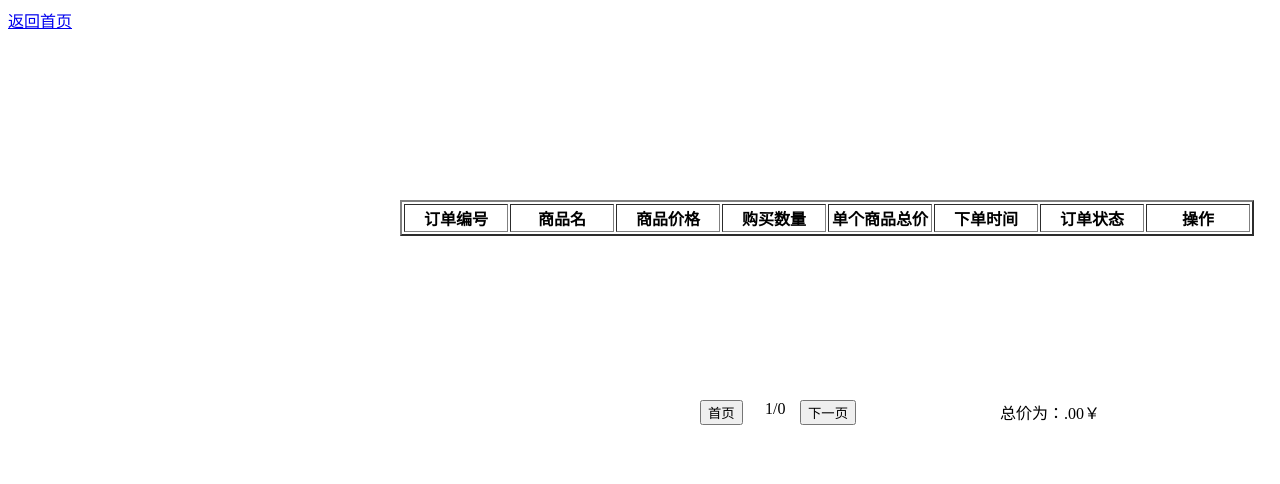
Repository: Gale-student/Gale-student.github.io
Page: http://localhost/weshop/OrdersDetailUnpaidQueryServlet
The author's editor kept a copy of each file at every save. The page is drawn from the files as they stood at one save, then again after the next save.
The browser window is 1280 px wide. The pictures show the whole page.
The page is served by Tomcat 9. Other server files are loaded and not shown. Queries for data that is not in the repository find no rows.

Above is the page before, as saved 2022-10-05 13:12:56.

### WeShop/weshop/WebRoot/WEB-INF/jsp/OrdersUnpaidQueryOfUser.jsp
<%@ page language="java" import="java.util.*,com.company.entity.*" pageEncoding="utf-8"%>
<%
String path = request.getContextPath();
String basePath = request.getScheme()+"://"+request.getServerName()+":"+request.getServerPort()+path+"/";
%>

<!DOCTYPE HTML PUBLIC "-//W3C//DTD HTML 4.01 Transitional//EN">
<html>
  <head>
    <base href="<%=basePath%>">

    <title>My JSP 'OrdersUnpaidQueryOfUser.jsp' starting page</title>

	<meta http-equiv="pragma" content="no-cache">
	<meta http-equiv="cache-control" content="no-cache">
	<meta http-equiv="expires" content="0">
	<meta http-equiv="keywords" content="keyword1,keyword2,keyword3">
	<meta http-equiv="description" content="This is my page">
	<!--
	<link rel="stylesheet" type="text/css" href="styles.css">
	-->
  <%
      List<OrdersDetail> ordersDetailList = (List<OrdersDetail>)request.getAttribute("ordersDetailList");

      int currentPage = (Integer) session.getAttribute("currentPage");
      int allPage = (Integer) session.getAttribute("allPage");

      String upPage = "上一页";
      String downPage = "下一页";
      if(currentPage == 1){
         upPage = "首页";
      }
      if(currentPage == allPage){
         downPage = "尾页";
      }

      String totalPrice = (String) request.getAttribute("totalPrice");
      if(totalPrice == null){
         totalPrice = "";
      }
   %>
    <style type="text/css">
     th{
        width: 100px;
     }
     td{
        width: 100px;
     }
   </style>
  </head>

  <body>
   <a href="ShoppingHomePage.jsp">返回首页</a>
    <table style="position: absolute; left: 400px; top: 200px; text-align: center;" border="2" cellspacing="2">
       <tr>
          <th>订单编号</th>
          <th>商品名</th>
          <th>商品价格</th>
          <th>购买数量</th>
          <th>单个商品总价</th>
          <th>下单时间</th>
          <th>订单状态</th>
          <th>操作</th>
       </tr>
       <%for(int i = 0; i < ordersDetailList.size(); i ++){ %>
       <tr>
          <td><%=ordersDetailList.get(i).getOid() %></td>
          <td><%=ordersDetailList.get(i).getSname() %></td>
          <td><%=ordersDetailList.get(i).getSprice() %>.00￥</td>
          <td><%=ordersDetailList.get(i).getQuantity() %>.0</td>
          <td><%=ordersDetailList.get(i).getShopPrice() %>.00￥</td>
          <td><%=ordersDetailList.get(i).getDate() %></td>
          <td><%=ordersDetailList.get(i).getStatus() %></td>
          <td>
             <form action="OrdersCancelOfUserServlet" method="post">
                <input style="position: absolute; visibility: hidden;" type="text" value=<%=ordersDetailList.get(i).getOid() %> name="oid">
                <input type="submit" value="取消订单">
             </form>
          </td>
       </tr>
       <%} %>
    </table>
    <div style="position: absolute; left: 700px; top: 400px;">
    <form action="OrdersDetailUnpaidUpPageServlet" method="post">
       <input type="submit" value=<%=upPage %>>
    </form>
    <label style="position: absolute; top: 0px; left: 65px;"><%=currentPage + "/" + allPage %></label>
    <form style="position: absolute; top: 0px; left: 100px;" action="OrdersDetailUnpaidDownPageServlet" method="post">
       <input type="submit" value=<%=downPage %>>
    </form>

    </div>
    <label style="position: absolute; left: 1000px; top: 400px;">总价为：<%=totalPrice %>.00￥</label>
  </body>
</html>

### WeShop/weshop/src/com/company/controller/OrdersDetailUnpaidQueryServlet.java
package com.company.controller;

import java.io.IOException;
import java.io.PrintWriter;
import java.util.List;

import javax.servlet.ServletException;
import javax.servlet.http.HttpServlet;
import javax.servlet.http.HttpServletRequest;
import javax.servlet.http.HttpServletResponse;
import javax.servlet.http.HttpSession;

import com.company.entity.OrdersDetail;
import com.company.service.OrdersService;
import com.company.service.OrdersServiceImpl;

public class OrdersDetailUnpaidQueryServlet extends HttpServlet {

	/**
	 * The doGet method of the servlet. <br>
	 *
	 * This method is called when a form has its tag value method equals to get.
	 *
	 * @param request the request send by the client to the server
	 * @param response the response send by the server to the client
	 * @throws ServletException if an error occurred
	 * @throws IOException if an error occurred
	 */
	public void doGet(HttpServletRequest request, HttpServletResponse response)
			throws ServletException, IOException {

		doPost(request, response);
	}

	/**
	 * The doPost method of the servlet. <br>
	 *
	 * This method is called when a form has its tag value method equals to post.
	 *
	 * @param request the request send by the client to the server
	 * @param response the response send by the server to the client
	 * @throws ServletException if an error occurred
	 * @throws IOException if an error occurred
	 */
	public void doPost(HttpServletRequest request, HttpServletResponse response)
			throws ServletException, IOException {

		HttpSession hs = request.getSession();
		String uid = (String)hs.getAttribute("uid");
		OrdersService ordersService = new OrdersServiceImpl();
		try {
			List<OrdersDetail> ordersDetailList = ordersService.queryOrdersDetailUnpaid(uid, 0);
			int allRows = ordersService.OrdersDetailUnpaidAllRows(uid);
			int allPage = allRows / 3;
			if(allRows % 3 != 0){
				allPage ++;
			}
			String totalPrice = ordersService.queryTotalPriceOfUserUnpaidOrders(uid);
			request.setAttribute("totalPrice", totalPrice);
			hs.setAttribute("allPage", allPage);
			hs.setAttribute("currentPage", 1);
			request.setAttribute("ordersDetailList", ordersDetailList);
			request.getRequestDispatcher("WEB-INF/jsp/OrdersUnpaidQueryOfUser.jsp").forward(request, response);
		} catch (Exception e) {
			// TODO Auto-generated catch block
			e.printStackTrace();
		}

	}

}

### WeShop/weshop/src/com/company/service/OrdersServiceImpl.java
package com.company.service;

import java.util.List;

import com.company.dao.OrdersDao;
import com.company.dao.OrdersDaoImpl;
import com.company.entity.Orders;
import com.company.entity.OrdersDetail;

public class OrdersServiceImpl implements OrdersService {
	private OrdersDao ordersDao = new OrdersDaoImpl();

    //获取订单表总行数
	public int OrdersAllRows() throws Exception {
		int ordersAllRows = ordersDao.OrdersAllRows();
		return ordersAllRows;
	}

    //添加订单(购买 下单 默认未支付状态)
	public void addOrders(String uid, String sid, String quantity)
			throws Exception {
		ordersDao.insertOrders(uid, sid, quantity);
	}

    //取消订单
	public void cancelOrders(String oid) throws Exception {
		ordersDao.deleteOrders(oid);
	}

    //订单表分页
	public List<Orders> ordersPagingQuery(int page) throws Exception {
		List<Orders> ordersList = ordersDao.ordersPaging(page * 3, 3);
		return ordersList;
	}

    //根据订单编号查订单
	public List<Orders> queryOrdersByOid(String oid) throws Exception {
		List<Orders> ordersList = ordersDao.selectOrdersByOid(oid);
		return ordersList;
	}

    //查看未支付订单
	public List<Orders> queryOrdersByStatusUnpaid() throws Exception {
		List<Orders> ordersList = ordersDao.selectOrdersByStatusUnpaid();
		return ordersList;
	}

	//通过用户ID查订单
	public List<Orders> queryOrdersByUid(String uid) throws Exception {
		List<Orders> ordersList = ordersDao.selectOrdersByUid(uid);
		return ordersList;
	}

	//修改商品数量
	public void modifyQuantity(String sid, String quantity) throws Exception {
		ordersDao.updateQuantity(sid, quantity);
	}

	//查找所有订单
	public List<Orders> queryAllOrders() throws Exception {
		List<Orders> ordersList = ordersDao.selectAllOrders();
		return ordersList;
	}

	//查看用户所有订单详情
	public List<OrdersDetail> selectOrdersDetail(String uid, int page) throws Exception {
		List<OrdersDetail> ordersDetailList = ordersDao.selectOrdersDetail(uid, page * 3, 3);
		return ordersDetailList;
	}

	//获取用户订单表总行数
	public int OrdersDetailAllRows(String uid) throws Exception {
		int ordersDetailAllRows = ordersDao.OrdersDetailAllRows(uid);
		return ordersDetailAllRows;
	}

	//获取用户未支付订单总行数
	public int OrdersDetailUnpaidAllRows(String uid) throws Exception {
		int ordersDetailUnpaidAllRows = ordersDao.OrdersDetailUnpaidAllRows(uid);
		return ordersDetailUnpaidAllRows;
	}

	//查看用户未支付订单详情
	public List<OrdersDetail> queryOrdersDetailUnpaid(String uid, int page) throws Exception {
		List<OrdersDetail> ordersDetaiUnpaidlList = ordersDao.selectOrdersDetailUnpaid(uid, page * 3, 3);
		return ordersDetaiUnpaidlList;
	}

	//
	public String queryTotalPriceOfUserUnpaidOrders(String uid)
			throws Exception {
		String totalPrice = ordersDao.selectTotalPriceOfUserUnpaidOrders(uid);
		return totalPrice;
	}


}

### WeShop/weshop/src/com/company/dao/OrdersDao.java
package com.company.dao;

import java.util.List;

import com.company.entity.Orders;
import com.company.entity.OrdersDetail;

public interface OrdersDao {
	//删除订单(取消订单)
	public void deleteOrders(String oid) throws Exception;
	//订单表分页
	public List<Orders> ordersPaging(int offset, int count) throws Exception;
	//获取订单表总行数
	public int OrdersAllRows() throws Exception;
	//根据订单号查找订单
	public List<Orders> selectOrdersByOid(String oid) throws Exception;
	//查看未支付订单
	public List<Orders> selectOrdersByStatusUnpaid() throws Exception;
	//用户下单(添加订单)
	public void insertOrders(String uid, String sid, String quantity) throws Exception;
	//根据用户ID查订单
	public List<Orders> selectOrdersByUid(String uid) throws Exception;
	//更新订单中商品数量
	public void updateQuantity(String sid, String quantity) throws Exception;
	//查寻所有订单
	public List<Orders> selectAllOrders() throws Exception;
	//订单详情表分页(用户)
	public List<OrdersDetail> selectOrdersDetail(String uid, int offset, int count) throws Exception;
	//获取用户订单表总行数
	public int OrdersDetailAllRows(String uid) throws Exception;
	//用户未支付订单分页查询
	public List<OrdersDetail> selectOrdersDetailUnpaid(String uid, int offset, int count) throws Exception;
	//获取用户未支付订单表总行数
	public int OrdersDetailUnpaidAllRows(String uid) throws Exception;
	//获取所有未支付订单的总价
	public String selectTotalPriceOfUserUnpaidOrders(String uid) throws Exception;
}

### WeShop/weshop/src/com/company/dao/OrdersDaoImpl.java
package com.company.dao;

import java.sql.Connection;
import java.sql.Date;
import java.sql.DriverManager;
import java.sql.PreparedStatement;
import java.sql.ResultSet;
import java.text.DateFormat;
import java.util.ArrayList;
import java.util.List;

import com.company.entity.Orders;
import com.company.entity.OrdersDetail;
import com.company.entity.User;

public class OrdersDaoImpl implements OrdersDao {
	private String url = "jdbc:mysql://localhost:3306/test?characterEncoding=utf-8";
    private String username = "root";
    private String password = "root";

    //获取订单表总行数(管理员)
	public int OrdersAllRows() throws Exception {
		Class.forName("com.mysql.jdbc.Driver");
		Connection conn = DriverManager.getConnection(url, username, password);
		String sql = " select count(*) as rows from orders ";
		PreparedStatement ps = conn.prepareStatement(sql);
		ResultSet rs = ps.executeQuery();
		rs.next();
		int rows = rs.getInt("rows");
		return rows;
	}

    //删除订单(管理员)
	public void deleteOrders(String oid) throws Exception {
		Class.forName("com.mysql.jdbc.Driver");
		Connection conn = DriverManager.getConnection(url, username, password);
		String sql = " delete from orders where oid = ? ";
		PreparedStatement ps = conn.prepareStatement(sql);
		ps.setString(1, oid);
		ps.execute();
		conn.close();

	}

    //订单表分页(管理员)
	public List<Orders> ordersPaging(int offset, int count) throws Exception {
		Class.forName("com.mysql.jdbc.Driver");
		Connection conn = DriverManager.getConnection(url, username, password);
		String sql = " select * from orders limit ?, ? ";
		PreparedStatement ps = conn.prepareStatement(sql);
		ps.setInt(1, offset);
		ps.setInt(2, count);
		ResultSet rs = ps.executeQuery();
		List<Orders> ordersList = new ArrayList<Orders>();
		while(rs.next()){
			String oid = rs.getString("oid");
			String uid = rs.getString("uid");
			String sid = rs.getString("sid");
			String quantity = rs.getString("quantity");
			String date = rs.getString("date");
			String status = rs.getString("status");
			Orders orders = new Orders();
			orders.setOid(oid);
			orders.setUid(uid);
			orders.setSid(sid);
			orders.setQuantity(quantity);
			orders.setDate(date);
			orders.setStatus(status);
            ordersList.add(orders);
		}
		return ordersList;
	}

    //根据订单号查找订单(管理员)
	public List<Orders> selectOrdersByOid(String oid) throws Exception {
		Class.forName("com.mysql.jdbc.Driver");
		Connection conn = DriverManager.getConnection(url, username, password);
		String sql = " select * from orders where oid = ? ";
		PreparedStatement ps = conn.prepareStatement(sql);
		ps.setString(1, oid);
		ResultSet rs = ps.executeQuery();
		List<Orders> ordersList = new ArrayList<Orders>();
		while(rs.next()){
			String uid = rs.getString("uid");
			String sid = rs.getString("sid");
			String quantity = rs.getString("quantity");
			String date = rs.getString("date");
			String status = rs.getString("status");
			Orders orders = new Orders();
			orders.setOid(oid);
			orders.setUid(uid);
			orders.setSid(sid);
			orders.setQuantity(quantity);
			orders.setDate(date);
			orders.setStatus(status);
			ordersList.add(orders);
		}
		return ordersList;
	}

    //查看未支付订单(管理员)
	public List<Orders> selectOrdersByStatusUnpaid() throws Exception {
		Class.forName("com.mysql.jdbc.Driver");
		Connection conn = DriverManager.getConnection(url, username, password);
		String sql = " select * from orders where status = '0' ";
		PreparedStatement ps = conn.prepareStatement(sql);
		ResultSet rs = ps.executeQuery();
		List<Orders> ordersList = new ArrayList<Orders>();
		while(rs.next()){
			String oid = rs.getString("oid");
			String uid = rs.getString("uid");
			String sid = rs.getString("sid");
			String quantity = rs.getString("quantity");
			String date = rs.getString("date");
			String status = rs.getString("status");
			Orders orders = new Orders();
			orders.setOid(oid);
			orders.setUid(uid);
			orders.setSid(sid);
			orders.setQuantity(quantity);
			orders.setDate(date);
			orders.setStatus(status);
			ordersList.add(orders);
		}
		return ordersList;
	}

	//添加订单(用户购买)
	public void insertOrders(String uid, String sid, String quantity) throws Exception {
		Class.forName("com.mysql.jdbc.Driver");
		Connection conn = DriverManager.getConnection(url, username, password);

		System.currentTimeMillis();
		String oid = "" + System.currentTimeMillis();
		String sql = " insert into orders values ( ?, ?, ?, ?, now(), 0 ) ";
		PreparedStatement ps = conn.prepareStatement(sql);
		ps.setString(1, oid);
		ps.setString(2, uid);
		ps.setString(3, sid);
		ps.setString(4, quantity);
		ps.execute();
		conn.close();

	}

	//根据用户ID查询订单(管理员)
	public List<Orders> selectOrdersByUid(String uid) throws Exception {
		Class.forName("com.mysql.jdbc.Driver");
		Connection conn = DriverManager.getConnection(url, username, password);
		String sql = " select * from orders where uid = ? ";
		PreparedStatement ps = conn.prepareStatement(sql);
		ps.setString(1, uid);
		ResultSet rs = ps.executeQuery();
		List<Orders> ordersList = new ArrayList<Orders>();
		while(rs.next()){
			String oid = rs.getString("oid");
			String sid = rs.getString("sid");
			String quantity = rs.getString("quantity");
			String date = rs.getString("date");
			String status = rs.getString("status");
			Orders orders = new Orders();
			orders.setOid(oid);
			orders.setUid(uid);
			orders.setSid(sid);
			orders.setQuantity(quantity);
			orders.setDate(date);
			orders.setStatus(status);
			ordersList.add(orders);
		}
		return ordersList;
	}

	//更新订单中商品数量(用户 添加相同商品)
	public void updateQuantity(String sid, String quantity) throws Exception {
		Class.forName("com.mysql.jdbc.Driver");
		Connection conn = DriverManager.getConnection(url, username, password);
		String sql = " update orders set quantity = quantity + ? where sid = ? and status = 0 ";
		PreparedStatement ps = conn.prepareStatement(sql);
		ps.setString(1, quantity);
		ps.setString(2, sid);
		ps.execute();
		conn.close();
	}

	//查询所有订单(管理员)
	public List<Orders> selectAllOrders() throws Exception {
		Class.forName("com.mysql.jdbc.Driver");
		Connection conn = DriverManager.getConnection(url, username, password);
		String sql = " select * from orders ";
		PreparedStatement ps = conn.prepareStatement(sql);
		ResultSet rs = ps.executeQuery();
		List<Orders> ordersList = new ArrayList<Orders>();
		while(rs.next()){
			String oid = rs.getString("oid");
			String uid = rs.getString("uid");
			String sid = rs.getString("sid");
			String quantity = rs.getString("quantity");
			String date = rs.getString("date");
			String status = rs.getString("status");
			Orders orders = new Orders();
			orders.setOid(oid);
			orders.setUid(uid);
			orders.setSid(sid);
			orders.setQuantity(quantity);
			orders.setDate(date);
			orders.setStatus(status);
			ordersList.add(orders);
		}
		return ordersList;
	}

	//用户订单详情表分页
	public List<OrdersDetail> selectOrdersDetail(String uid, int offset, int count) throws Exception {
		Class.forName("com.mysql.jdbc.Driver");
		Connection conn = DriverManager.getConnection(url, username, password);
		String sql = " select o.oid, o.uid, s.sname, s.sprice, o.quantity,  " +
				"(o.quantity * s.sprice) as shopPrice, o.date, o.status from orders " +
				"o inner join shop s where s.sid = o.sid and o.uid = ? limit ?, ? ";
		PreparedStatement ps = conn.prepareStatement(sql);
		ps.setString(1, uid);
		ps.setInt(2, offset);
		ps.setInt(3, count);
		ResultSet rs = ps.executeQuery();
		List<OrdersDetail> ordersDetailList = new ArrayList<OrdersDetail>();
		while(rs.next()){
			String oid = rs.getString("oid");
			String sname = rs.getString("sname");
			String sprice = rs.getString("sprice");
			String quantity = rs.getString("quantity");
			String shopPrice = rs.getString("shopPrice");
			String date = rs.getString("date");
			String status = rs.getString("status");
			OrdersDetail ordersDetail = new OrdersDetail();
			ordersDetail.setOid(oid);
			ordersDetail.setUid(uid);
			ordersDetail.setSname(sname);
			ordersDetail.setSprice(sprice);
			ordersDetail.setQuantity(quantity);
			ordersDetail.setShopPrice(shopPrice);
			ordersDetail.setDate(date);
			ordersDetail.setStatus(status);
			ordersDetailList.add(ordersDetail);
		}
		return ordersDetailList;
	}

	//获取用户订单详情表总行数
	public int OrdersDetailAllRows(String uid) throws Exception {
		Class.forName("com.mysql.jdbc.Driver");
		Connection conn = DriverManager.getConnection(url, username, password);
		String sql = " select count(*) as rows from orders where uid = ? ";
		PreparedStatement ps = conn.prepareStatement(sql);
		ps.setString(1, uid);
		ResultSet rs = ps.executeQuery();
		rs.next();
		int rows = rs.getInt("rows");
		conn.close();
		return rows;
	}

	//获取用户未支付订单总行数
	public int OrdersDetailUnpaidAllRows(String uid) throws Exception {
		Class.forName("com.mysql.jdbc.Driver");
		Connection conn = DriverManager.getConnection(url, username, password);
		String sql = " select count(*) as rows from orders where uid = ? and status = 0 ";
		PreparedStatement ps = conn.prepareStatement(sql);
		ps.setString(1, uid);
		ResultSet rs = ps.executeQuery();
		rs.next();
		int rows = rs.getInt("rows");
		conn.close();
		return rows;
	}

	//查询用户未支付订单
	public List<OrdersDetail> selectOrdersDetailUnpaid(String uid, int offset,
			int count) throws Exception {
		Class.forName("com.mysql.jdbc.Driver");
		Connection conn = DriverManager.getConnection(url, username, password);
		String sql = " select o.oid, o.uid, s.sname, s.sprice, o.quantity,  " +
				"(o.quantity * s.sprice) as shopPrice, o.date, o.status from orders " +
				"o inner join shop s where s.sid = o.sid and o.uid = ? and o.status = 0 limit ?, ? ";
		PreparedStatement ps = conn.prepareStatement(sql);
		ps.setString(1, uid);
		ps.setInt(2, offset);
		ps.setInt(3, count);
		ResultSet rs = ps.executeQuery();
		List<OrdersDetail> ordersDetailList = new ArrayList<OrdersDetail>();
		while(rs.next()){
			String oid = rs.getString("oid");
			String sname = rs.getString("sname");
			String sprice = rs.getString("sprice");
			String quantity = rs.getString("quantity");
			String shopPrice = rs.getString("shopPrice");
			String date = rs.getString("date");
			String status = rs.getString("status");
			OrdersDetail ordersDetail = new OrdersDetail();
			ordersDetail.setOid(oid);
			ordersDetail.setUid(uid);
			ordersDetail.setSname(sname);
			ordersDetail.setSprice(sprice);
			ordersDetail.setQuantity(quantity);
			ordersDetail.setShopPrice(shopPrice);
			ordersDetail.setDate(date);
			ordersDetail.setStatus(status);
			ordersDetailList.add(ordersDetail);
		}
		return ordersDetailList;
	}

	//获取用户未支付订单的总价
	public String selectTotalPriceOfUserUnpaidOrders(String uid)
			throws Exception {
		Class.forName("com.mysql.jdbc.Driver");
		Connection conn = DriverManager.getConnection(url, username, password);
		String sql = " select sum(o.quantity * s.sprice) as totalPrice from orders o inner join shop s where uid = ? and status = 0 ";
		PreparedStatement ps = conn.prepareStatement(sql);
		ps.setString(1, uid);
		ResultSet rs = ps.executeQuery();
		rs.next();
		String totalPrice = rs.getString("totalPrice");
		return totalPrice;
	}

}

After the next save:
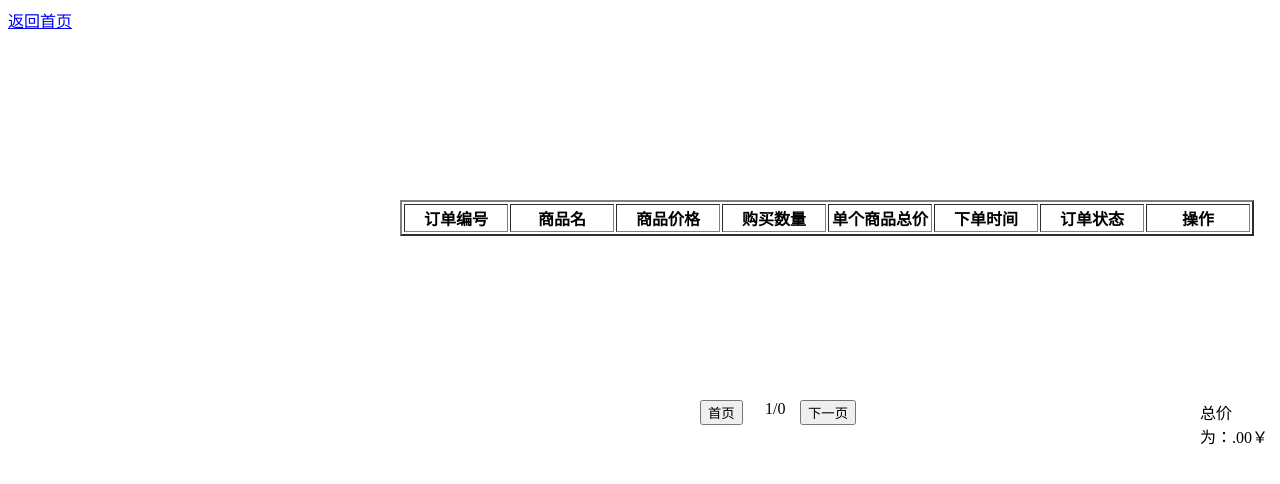
Saved 19 s later.
--- a/WeShop/weshop/WebRoot/WEB-INF/jsp/OrdersUnpaidQueryOfUser.jsp
+++ b/WeShop/weshop/WebRoot/WEB-INF/jsp/OrdersUnpaidQueryOfUser.jsp
@@ -90,6 +90,6 @@ String basePath = request.getScheme()+"://"+request.getServerName()+":"+request.
     </form>
 
     </div>
-    <label style="position: absolute; left: 1000px; top: 400px;">总价为：<%=totalPrice %>.00￥</label>
+    <label style="position: absolute; left: 1200px; top: 400px;">总价为：<%=totalPrice %>.00￥</label>
   </body>
 </html>
